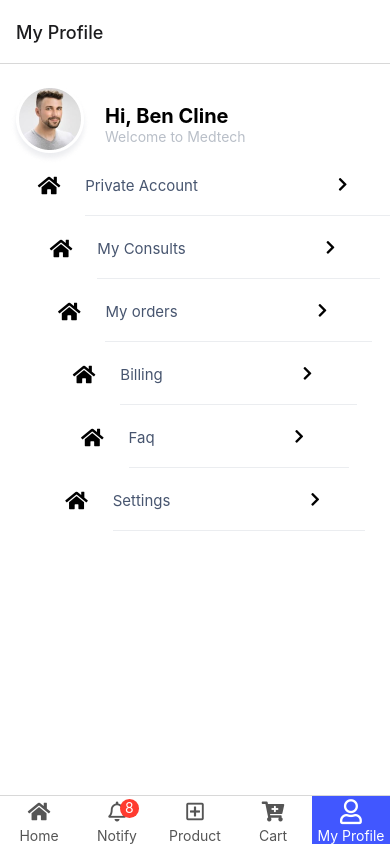
Repository: ntu34543/designReactNative
Screen: /My Profile
The author's editor kept a copy of each file at every save. The screen is drawn from the files as they stood at one save, then again after the next save.
The app was drawn by React Native's web renderer in a window 390 px wide. The project was rebuilt for these pictures with package versions that can differ from the ones it lists, and the page was loaded fresh each time. Also part of the build but not shown: page/DiabetesCare.js, page/Notify.js, page/Cart.js.

Above is the screen before, as saved 2022-11-02 10:58:34.

### App.js
import { StatusBar } from "expo-status-bar";
import { StyleSheet, Text, View, Pressable, TabBarIOSItem } from "react-native";
import { NavigationContainer } from "@react-navigation/native";
import { createStackNavigator } from "@react-navigation/stack";
import ScreenA from "./page/Home";
import ScreenB from "./page/DiabetesCare";
import Profile from "./page/Profile";
import Notify from "./page/Notify";
import Cart from "./page/Cart";
import FontAwesome5 from "react-native-vector-icons/FontAwesome5";
import { createBottomTabNavigator } from "@react-navigation/bottom-tabs";

const Tab = createBottomTabNavigator();
const Stack = createStackNavigator();
// const Tab = createStackNavigator();
export default function App() {
  return (
    <NavigationContainer>
      <Tab.Navigator
        // screenOptions={{ header: () => null }}
        screenOptions={({ route }) => ({
          tabBarIcon: ({ focused, size, color }) => {
            let iconName;
            if (route.name === "Home") {
              iconName = "home";
              size = focused ? 25 : 20;
              // color = focused ? "#f0f" : "#555";
            } else if (route.name === "Product") {
              iconName = "plus-square";
              size = focused ? 25 : 20;
              // color = focused ? "#f0f" : "#555";
            } else if (route.name === "My Profile") {
              iconName = "user";
              size = focused ? 25 : 20;
              // color = focused ? "#f0f" : "#555";
            } else if (route.name === "Notify") {
              iconName = "bell";
              size = focused ? 25 : 20;
              // color = focused ? "#f0f" : "#555";
            } else if (route.name === "Cart") {
              iconName = "cart-plus";
              size = focused ? 25 : 20;
              // color = focused ? "#f0f" : "#555";
            }
            return <FontAwesome5 name={iconName} size={size} color={color} />;
          },
        })}
        tabBarOptions={{
          activeTintColor: "white",
          activeBackgroundColor: "#4157ff",
          inactiveTintColor: "#555",
          inactiveBackgroundColor: "white",
          showLabel: true,
          labelStyle: { fontSize: 14 },
        }}
      >
        <Tab.Screen
          name="Home"
          component={ScreenA}
          // options={{ tabBarBadge: 3 }}
        />
        {/* options={{header: () => null}} */}
        <Tab.Screen name="Notify" options={{ tabBarBadge: 8 }} component={Notify} />
        <Tab.Screen name="Product" component={ScreenB} />
        <Tab.Screen name="Cart" component={Cart} />
        <Tab.Screen name="My Profile" component={Profile} />
      </Tab.Navigator>
    </NavigationContainer>
  );
}

### page/Home.js
import { StatusBar } from "expo-status-bar";
import { StyleSheet, Text, View, Pressable } from "react-native";

export default function ScreenA({ navigation }) {
  const onPressHandler = () => {
    navigation.navigate("Screen_B");
    // navigation.replace("Screen_B");
  };
  return (
    <View style={styles.body}>
      <Text style={styles.text}>Home</Text>
      <Pressable
        onPress={onPressHandler}
        style={({ pressed }) => ({
          backgroundColor: pressed ? "#ddd" : "#0f0",
        })}
      >
        <Text style={styles.text}>Go to the Screen B</Text>
      </Pressable>
    </View>
  );
}

const styles = StyleSheet.create({
  body: {
    flex: 1,
    justifyContent: "center",
    alignItems: "center",
  },
  text: {
    fontSize: 30,
    fontWeight: "bold",
  },
});

### page/Profile.js
import { useState } from "react";
import { StatusBar } from "expo-status-bar";
import {
  StyleSheet,
  Text,
  View,
  Pressable,
  Image,
  ScrollView,
  FlatList,
  SafeAreaView,
} from "react-native";
import FontAwesome5 from "react-native-vector-icons/FontAwesome5";

export default function Profile({ navigation }) {
  const onPressHandler = () => {
    navigation.navigate("Screen_A");
    // navigation.goBack();
  };
  return (
    <View style={styles.body}>
      <View style={styles.header}>
        <Image
          style={styles.image}
          source={require("../assets/img/profile.png")}
        />
        <View style={styles.inf}>
          <Text style={styles.text1}>Hi, Ben Cline</Text>
          <Text style={styles.text2}>Welcome to Medtech</Text>
        </View>
      </View>
      <View style={styles.main}>
        <View style={styles.block}>
          <FontAwesome5 name="home" size={20} style={styles.iconHome} />
          <View style={styles.item}>
            <Text style={styles.text3}>Private Account</Text>
            <FontAwesome5 name="chevron-right" size={15} color="black" style={styles.iconChevron} />
          </View>
        </View>
        <View style={styles.block}>
          <FontAwesome5 name="home" size={20} style={styles.iconHome} />
          <View style={styles.item}>
            <Text style={styles.text3}>My Consults</Text>
            <FontAwesome5 name="chevron-right" size={15} color="black" style={styles.iconChevron} />
          </View>
        </View>
        <View style={styles.block}>
          <FontAwesome5 name="home" size={20} style={styles.iconHome} />
          <View style={styles.item}>
            <Text style={styles.text3}>My orders</Text>
            <FontAwesome5 name="chevron-right" size={15} color="black" style={styles.iconChevron} />
          </View>
        </View>
        <View style={styles.block}>
          <FontAwesome5 name="home" size={20} style={styles.iconHome} />
          <View style={styles.item}>
            <Text style={styles.text3}>Billing</Text>
            <FontAwesome5 name="chevron-right" size={15} color="black" style={styles.iconChevron} />
          </View>
        </View>
        <View style={styles.block}>
          <FontAwesome5 name="home" size={20} style={styles.iconHome} />
          <View style={styles.item}>
            <Text style={styles.text3}>Faq</Text>
            <FontAwesome5 name="chevron-right" size={15} color="black" style={styles.iconChevron} />
          </View>
        </View>
        <View style={styles.block}>
          <FontAwesome5 name="home" size={20} style={styles.iconHome} />
          <View style={styles.item}>
            <Text style={styles.text3}>Settings</Text>
            <FontAwesome5 name="chevron-right" size={15} color="black" style={styles.iconChevron} />
          </View>
        </View>
      </View>
    </View>
  );
}

const styles = StyleSheet.create({
  body: {
    flex: 1,
    backgroundColor: "white",
    paddingLeft: 10,
    paddingRight: 0,
  },
  text: {
    fontSize: 30,
    fontWeight: "bold",
  },
  header: {
    flexDirection: "row",
    alignItems: "center",
    marginTop: 20,
  },
  inf: {
    marginLeft: 15,
  },
  image: {},
  text1: {
    fontWeight: "bold",
    fontSize: 20,
  },
  text2: {
    fontWeight: "light",
    fontSize: 14,
    color: "#b9bfc8",
  },
  main: {},
  block: {
    flexDirection: "row",
    alignItems: "center",
    justifyContent: "center",
    padding: 10,
  },
  item: {
    flexDirection: "row",
    borderBottomWidth: 1,
    borderBottomColor: "#091C3F14",
    marginLeft: 25,
    alignItems: "center",
    paddingRight: 45,
    paddingBottom: 20,
  },
  text3: {
    color: "#091C3FBF",
    fontWeight: "light",
    fontSize: 15,
  },
  iconChevron : {
    paddingLeft: 140,
  },
  iconHome: {
    marginLeft: 30,
    paddingBottom: 20,
  }
});

After the next save:
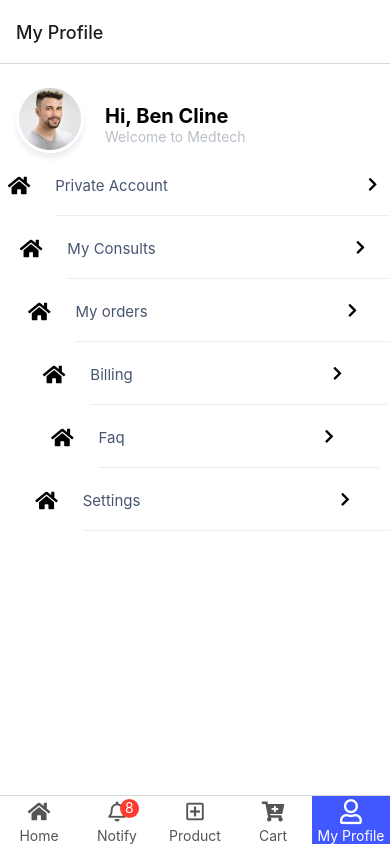
Saved 18 s later.
--- a/page/Profile.js
+++ b/page/Profile.js
@@ -128,7 +128,7 @@
     fontSize: 15,
   },
   iconChevron : {
-    paddingLeft: 140,
+    paddingLeft: 200,
   },
   iconHome: {
     marginLeft: 30,

After the save that followed:
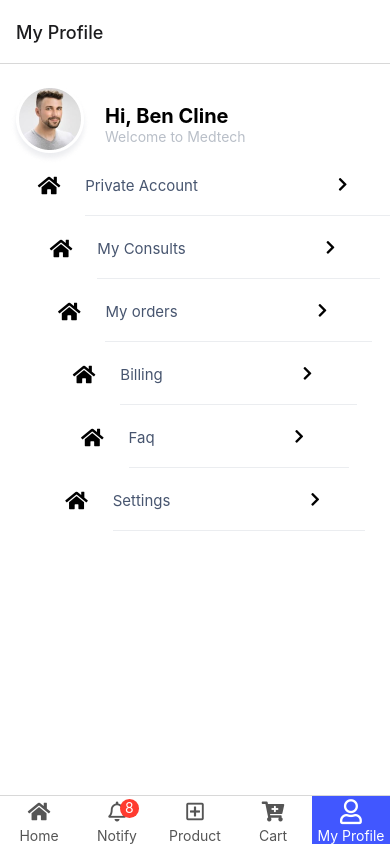
Saved 4 s later.
--- a/page/Profile.js
+++ b/page/Profile.js
@@ -128,7 +128,7 @@
     fontSize: 15,
   },
   iconChevron : {
-    paddingLeft: 200,
+    paddingLeft: 140,
   },
   iconHome: {
     marginLeft: 30,
